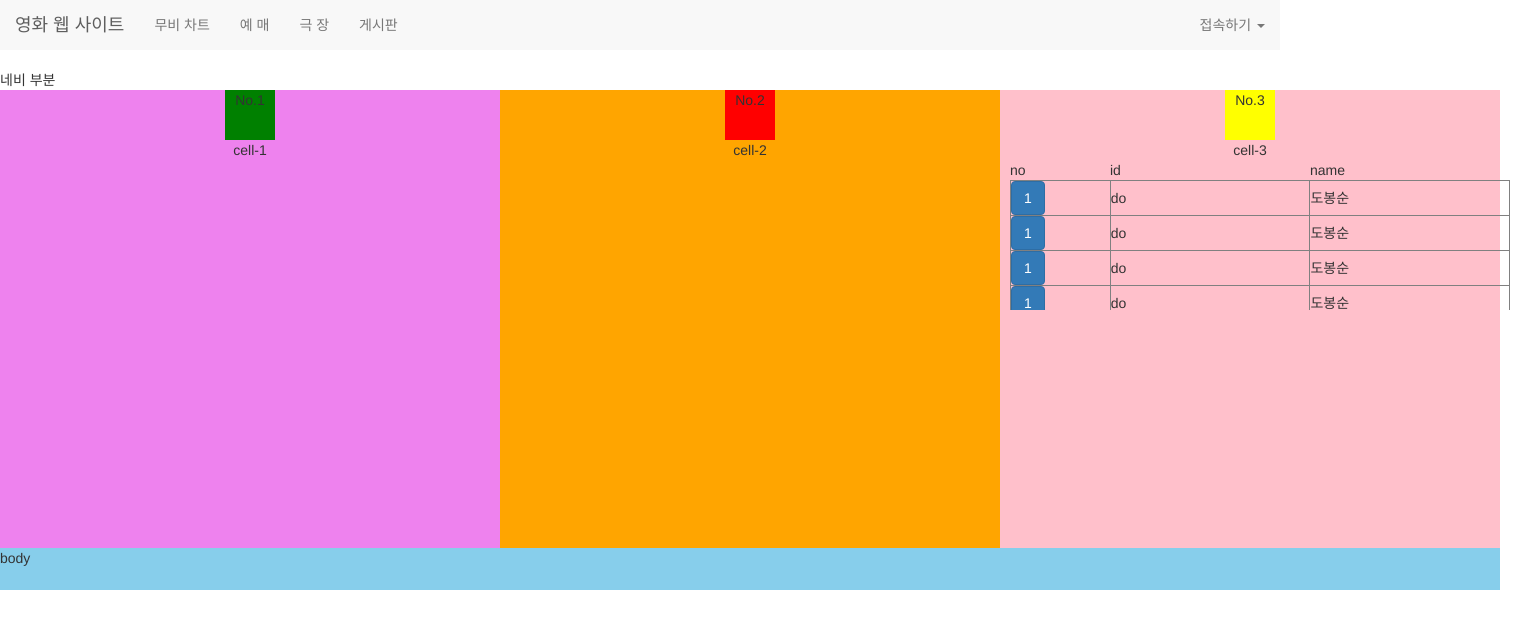
Repository: Gotaemin/java
Page: http://localhost/BBS/movieReserve.jsp
These files come from the project's save history. The page is drawn as it stood at one moment and after the next save; the edit follows.
The browser window is 1280 px wide. The page is 1520 px wide, so the pictures cover 1520 px, including what lies to the right of the window. The pictures show the whole page.
Some web libraries are served in a nearby version. The page is served by Tomcat 9. Other server files are loaded and not shown.

Above is the page before, as saved 2020-03-16 05:26:09.

### BBS/BBS/WebContent/movieReserve.jsp
<%@ page language="java" contentType="text/html; charset=UTF-8"
	pageEncoding="UTF-8"%>

<%@ page import="java.io.PrintWriter"%>
<%@ taglib prefix="c" uri="http://java.sun.com/jsp/jstl/core"%>

<!DOCTYPE html>
<html>
<head>
<meta charset="UTF-8">

<meta name="viewport" content="width=device-width" ,initial-scale="1">
<link rel="stylesheet" href="css/bootstrap.css">
<style type="text/css">
table {
	width: 500px;
}

#a th, #a td {
	border: 1px solid gray;
}

#movie {
	max-height: 150px;
	overflow-y: scroll;
	width: 520px;
}
</style>
<title>Insert title here</title>
</head>
<body>
	<%
		String userID = null;
		if (session.getAttribute("userID") != null) {
			userID = (String) session.getAttribute("userID");
		}
	%>

	<script src="https://code.jquery.com/jquery-3.1.1.min.js"></script>
	<script src="js/bootstrap.js"></script>


	<nav class="navbr navbar-default" style="margin-bottom: 20px;">

		<div class="navbar-header">
			<button type="button" class="navbar-toggle collapsed"
				data-toggle="collapse" data-target="#bs-example-navbar-collapse-1"
				aria-expanded="false">
				<span class="icon-bar"></span> <span class="icon-bar"></span> <span
					class="icon-bar"></span>
			</button>
			<a class="navbar-brand" href="MovieMain.jsp">영화 웹 사이트</a>
		</div>


		<div class="collapse navbar-collapse"
			id="#bs-example-navbar-collapse-1">
			<ul class="nav navbar-nav">
				<li><a href="movieList.movie">무비 차트</a></li>
				<li><a href="#">예 매</a></li>
				<li><a href="#">극 장</a></li>
				<li><a href="bbs.jsp">게시판</a></li>
			</ul>

			<%
				if (userID == null) {
			%>
			<ul class="nav navbar-nav navbar-right">
				<li class="dropdown"><a href="#" class="dropdown-toggle"
					data-toggle="dropdown" role="button" aria-haspopup="true"
					aria-expanded="false">접속하기 <span class="caret"></span>
				</a>

					<ul class="dropdown-menu">
						<li><a href="login.jsp">로그인</a></li>
						<li><a href="join.jsp">회원가입</a></li>
					</ul></li>
			</ul>
			<%
				} else {
			%>
			<ul class="nav navbar-nav navbar-right">
				<li class="dropdown"><a href="#" class="dropdown-toggle"
					data-toggle="dropdown" role="button" aria-haspopup="true"
					aria-expanded="false">회원관리 <span class="caret"></span>
				</a>

					<ul class="dropdown-menu">
						<li><a href="logout.jsp">로그아웃</a></li>

					</ul></li>
			</ul>
			<%
				}
			%>

		</div>
	</nav>

	<div id="container">

		<div class="navi">네비 부분</div>


		<div class="test_body" style="display: table; table-layout: fixed; word-break: break-all; width: 1500px; height: 500px; background: skyblue">
			<div style="display: table-row;">
				<div align=center style="display: table-cell; background: violet;">
					<div class="test_content"
						style="width: 50px; height: 50px; background: green">No.1</div>
					cell-1

				</div>

				<div align=center style="display: table-cell; background: orange;">
					<div class="test_content"
						style="width: 50px; height: 50px; background: red">No.2</div>
					cell-2

				</div>

				<div align=center style="display: table-cell; background: pink;">
					<div class="test_content"
						style="width: 50px; height: 50px; background: yellow">No.3</div>
					cell-3
					<div id="movie">
						<table>
							<colgroup>
								<col width="20%">
								<col width="40%">
								<col width="40%">
							</colgroup>
							<thead>
								<tr>
									<td>no</td>
									<td>id</td>
									<td>name</td>
								</tr>
							</thead>
						</table>



						<div>
							<table>
								<colgroup>
									<col width="20%">
									<col width="40%">
									<col width="40%">
								</colgroup>
								<tbody id="a">
									<%
										for (int i = 0; i < 10; i++) {
									%>
									<tr>
										<td><input class="btn btn-primary" type="button"
											value="1"></td>
										<td>do</td>
										<td>도봉순</td>
									</tr>

									<%
										}
									%>
								</tbody>
							</table>
						</div>
					</div>
				</div>
			</div>

			body
		</div>







	</div>



</body>
</html>

Loaded but not shown: BBS/BBS/WebContent/css/bootstrap.css (library); BBS/BBS/WebContent/js/bootstrap.js (library)

After the next save:
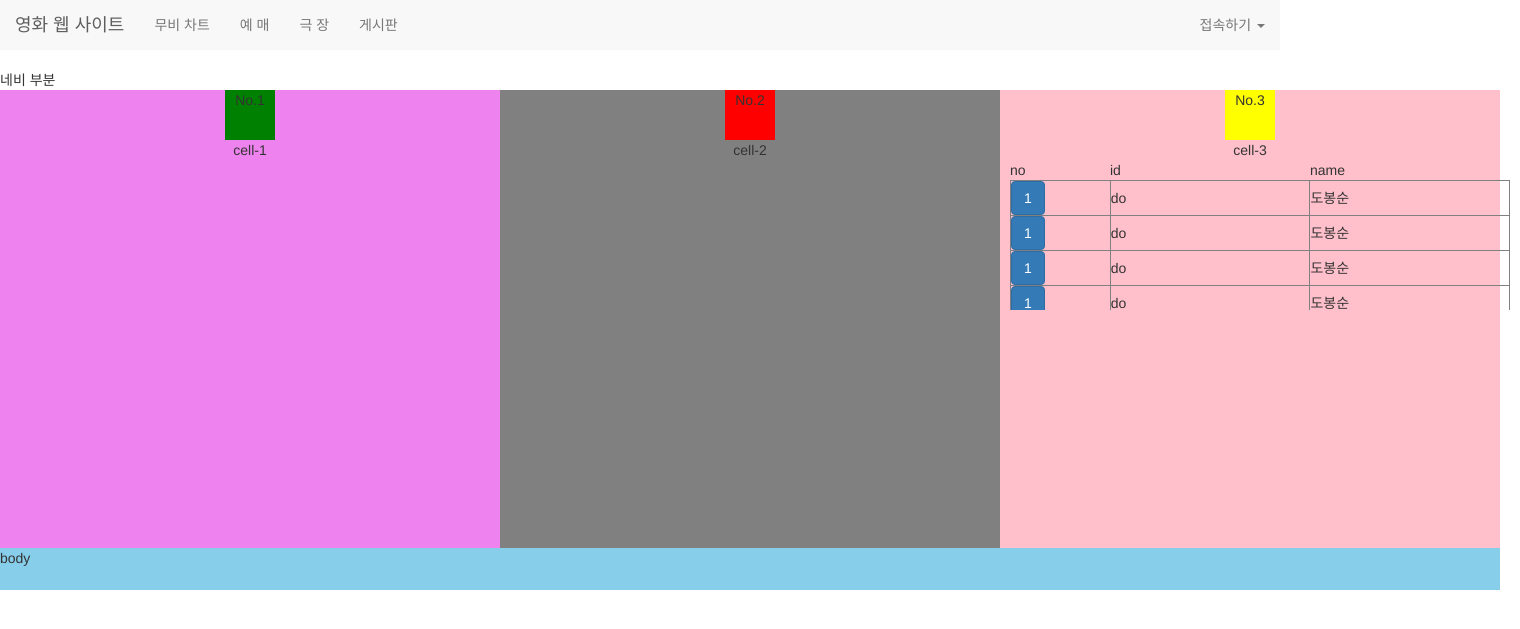
Saved 10 s later.
--- a/BBS/BBS/WebContent/movieReserve.jsp
+++ b/BBS/BBS/WebContent/movieReserve.jsp
@@ -111,7 +111,7 @@
 
 				</div>
 
-				<div align=center style="display: table-cell; background: orange;">
+				<div align=center style="display: table-cell; background: gray;">
 					<div class="test_content"
 						style="width: 50px; height: 50px; background: red">No.2</div>
 					cell-2
